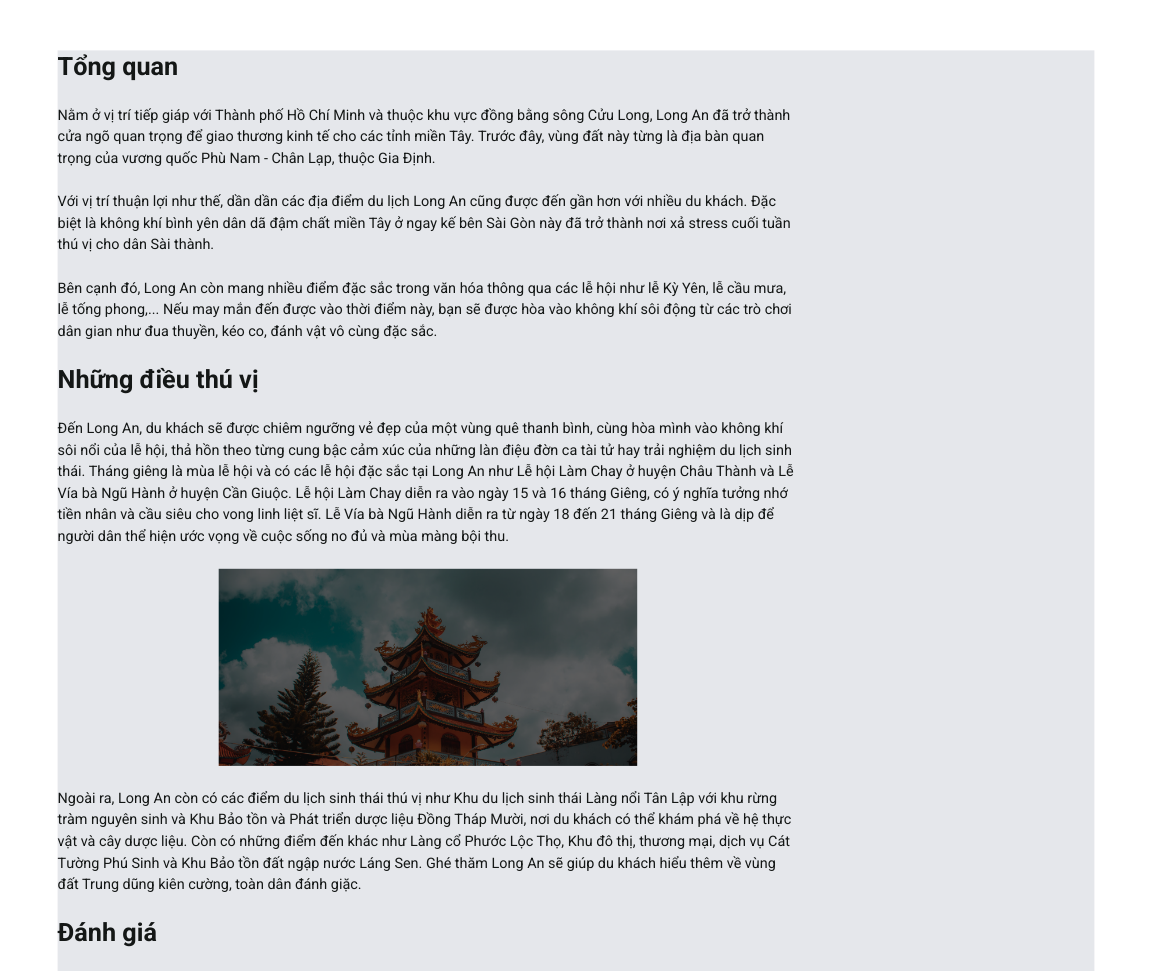
Repository: thduy2003/WDA-ET
Page: / (app in frontend/)
An editor plug-in stored every save of this project. The page is shown before and after the next save, followed by the edit.
The browser window is 1280 px wide. The pictures show the whole page, at 90% of full size.
The project was rebuilt for these pictures with package versions that can differ from the ones it lists, and the page was loaded fresh each time. Also part of the build but not shown: frontend/vite.config.js, frontend/src/components/Icons/SaveIcon.jsx, frontend/src/components/Card/index.jsx, frontend/src/components/Carousel/index.jsx, frontend/src/components/Logo/index.jsx, frontend/src/components/Button/index.jsx, frontend/src/pages/Auth/index.jsx, frontend/src/components/InputGroup/index.jsx and 1 more.

Above is the page before, as saved 2023-05-23 11:21:57.

### frontend/index.html
<!DOCTYPE html>
<html lang="en">
  <head>
    <meta charset="UTF-8" />
    <link rel="icon" type="image/svg+xml" href="/vite.svg" />
    <meta name="viewport" content="width=device-width, initial-scale=1.0" />
    <title>Vite + React</title>
    <link rel="preconnect" href="https://fonts.googleapis.com" />
    <link rel="preconnect" href="https://fonts.gstatic.com" crossorigin />
    <link
      href="https://fonts.googleapis.com/css2?family=Bangers&family=Roboto:ital,wght@0,300;0,400;0,500;0,700;0,900;1,300;1,400;1,500;1,700;1,900&display=swap"
      rel="stylesheet"
    />
  </head>
  <body>
    <div id="root"></div>
    <script type="module" src="/src/main.jsx"></script>
  </body>
</html>

### frontend/src/main.jsx
import React from 'react'
import ReactDOM from 'react-dom/client'
import App from './App.jsx'
import './index.css'
import { BrowserRouter } from 'react-router-dom'
ReactDOM.createRoot(document.getElementById('root')).render(
  <React.StrictMode>
    <BrowserRouter> <App /></BrowserRouter>

  </React.StrictMode>,
)

### frontend/src/App.jsx

import { ArrowCircleRight2, ProfileCircle } from 'iconsax-react';
import React from 'react';

import Card from './components/Card';
import Carousel from './components/Carousel';

import Logo from './components/Logo';
import { CardData } from './data/CardData';
import Auth from './pages/Auth';
import Home from './pages/Home';
import Detail from './pages/Detail';
const App = () => {
  return (
    <div>


      <Detail></Detail>
    </div>
  );
};

export default App;

### frontend/src/index.css
@tailwind base;
@tailwind components;
@tailwind utilities;

:root {
  --primary: "#D02F3D";
  --bg-primary: "#FAFBFC";
  --bg-secondary: "#F1F1F1";
  --bg-third: "#EAEAEA";
  --bg-red: "#FFEEEE";
  --text-primary: "#141716";
  --text-secondary: "#FFFFFF";
  --text-third: "#C2C2C2";
  --sematic-red: "#FF4141";
  --sematic-yellow: "#F0BD0A";
  --sematic-green: "#27AE60";
}
* {
  margin: 0;
  padding: 0;
  box-sizing: border-box;
}
body {
  font-family: "Bangers", cursive;
  font-family: "Roboto", sans-serif;
  height: 100vh;
}
.text-linear {
  background: linear-gradient(90.32deg, #d02f3d 1.37%, #ff5261 97.65%);
  -webkit-background-clip: text;
  -webkit-text-fill-color: transparent;
}
.auth-form label {
  font-weight: 500;
  font-size: 16px;
  line-height: 24px;
  /* identical to box height, or 150% */

  color: #000000;
}
.auth-form input {
  padding: 22px 16px;
  background: #f1f1f1;
  border-radius: 8px;
  outline: none;
}
.select-home {
  width: 302px;
}
.select-home .ant-select-selector {
  height: 64px !important;
  padding: 16px 16px !important;
}
.select-home .ant-select-selection-placeholder {
  color: #888888;
  font-weight: 500;
  font-size: 14px;
  line-height: 20px;
}
@media (max-width: 1455px) {
  .banner-home {
    background-size: unset !important;
  }
}
.ant-popconfirm-description {
  margin-inline-start: unset !important;
}

### frontend/src/data/CardData.jsx
export const CardData = [
    {
        title: 'Hang Sơn Đoòng',
        place: 'Quảng Bình',
        desc: 'Hang Sơn Đoòng là hang động tự nhiên lớn nhất thế giới, được khám phá vào năm 2009 và khai thác du lịch vào 2013. Trong danh sách danh lam thắng cảnh Việt Nam, chúng ta nhất định phải gọi tên Sơn Đoòng Hùng Vĩ.',
        image: '/images/hangsondoong.png'
    },
    {
        title: 'Hang Sơn Đoòng',
        place: 'Quảng Bình',
        desc: 'Hang Sơn Đoòng là hang động tự nhiên lớn nhất thế giới, được khám phá vào năm 2009 và khai thác du lịch vào 2013. Trong danh sách danh lam thắng cảnh Việt Nam, chúng ta nhất định phải gọi tên Sơn Đoòng Hùng Vĩ.',
        image: '/images/hangsondoong.png'
    },
    {
        title: 'Hang Sơn Đoòng',
        place: 'Quảng Bình',
        desc: 'Hang Sơn Đoòng là hang động tự nhiên lớn nhất thế giới, được khám phá vào năm 2009 và khai thác du lịch vào 2013. Trong danh sách danh lam thắng cảnh Việt Nam, chúng ta nhất định phải gọi tên Sơn Đoòng Hùng Vĩ.',
        image: '/images/hangsondoong.png'
    },
    {
        title: 'Hang Sơn Đoòng',
        place: 'Quảng Bình',
        desc: 'Hang Sơn Đoòng là hang động tự nhiên ',
        image: '/images/hangsondoong.png'
    },
    {
        title: 'Hang Sơn ĐoòngCCC',
        place: 'Quảng Bình',
        desc: 'Hang Sơn Đoòng là hang động tự nhiên lớn nhất thế giới, được khám phá vào năm ',
        image: '/images/hangsondoong.png'
    },
    {
        title: 'Hang Sơn ĐoòngCCC',
        place: 'Quảng Bình',
        desc: 'Hang Sơn Đoòng là hang động tự nhiên lớn nhất thế giới, được khám phá vào năm ',
        image: '/images/hangsondoong.png'
    },
    {
        title: 'Hang Sơn ĐoòngCCC',
        place: 'Quảng Bình',
        desc: 'Hang Sơn Đoòng là hang động tự nhiên lớn nhất thế giới, được khám phá vào năm ',
        image: '/images/hangsondoong.png'
    },
    {
        title: 'Hang Sơn ĐoòngCCC',
        place: 'Quảng Bình',
        desc: 'Hang Sơn Đoòng là hang động tự nhiên lớn nhất thế giới, được khám phá vào năm ',
        image: '/images/hangsondoong.png'
    },
    {
        title: 'Hang Sơn ĐoòngXXX',
        place: 'Quảng Bình',
        desc: 'Hang Sơn Đoòng là hang động tự nhiên lớn nhất thế giới, được khám phá vào năm ',
        image: '/images/hangsondoong.png'
    }
]

### frontend/src/pages/Detail/index.jsx
import { Col, Dropdown, Popconfirm, Row, Select } from 'antd';
import { ArrowCircleRight2, Call, Clock, CloseCircle, Location, ProfileCircle, SearchNormal1 } from 'iconsax-react';
import React, { useState } from 'react';
import { Link } from 'react-router-dom';
import Button from '../../components/Button';
import Card from '../../components/Card';
import Carousel from '../../components/Carousel';
import { InputGroup } from '../../components/InputGroup';
import Logo from '../../components/Logo';
import { CardData } from '../../data/CardData';
import { HistoryData } from '../../data/HistoryData';
import { LocationData } from '../../data/LocationData';
import { VillageData } from '../../data/VillageData';
import Banner from '../../../public/images/banner.png'
import Comment from './Comment/Comment';
const Detail = ({position = "Long An"}) => {
    return (
        // container
        <div className="flex align-center justify-center">
            <div className="flex bg-gray-200 w-[90%] mt-14">
                {/* Main */}
                <div className="w-[75%]">
                    <div>
                        <div className="text-[28px] leading-[36px] text-[#141716] font-semibold mb-6">  Tổng quan </div>
                        <div className="text-[16px] leading-[24px] text-[#141716] mb-6 flex flex-col gap-6">
                            <div>
                                Nằm ở vị trí tiếp giáp với Thành phố Hồ Chí Minh và thuộc khu vực đồng bằng sông Cửu Long, Long An đã trở thành cửa ngõ quan trọng để giao thương kinh tế cho các tỉnh miền Tây. Trước đây, vùng đất này từng là địa bàn quan trọng của vương quốc Phù Nam - Chân Lạp, thuộc Gia Định.
                            </div>
                            <div>
                                Với vị trí thuận lợi như thế, dần dần các địa điểm du lịch Long An cũng được đến gần hơn với nhiều du khách. Đặc biệt là không khí bình yên dân dã đậm chất miền Tây ở ngay kế bên Sài Gòn này đã trở thành nơi xả stress cuối tuần thú vị cho dân Sài thành.
                            </div>
                            <div>
                                Bên cạnh đó, Long An còn mang nhiều điểm đặc sắc trong văn hóa thông qua các lễ hội như lễ Kỳ Yên, lễ cầu mưa, lễ tống phong,... Nếu may mắn đến được vào thời điểm này, bạn sẽ được hòa vào không khí sôi động từ các trò chơi dân gian như đua thuyền, kéo co, đánh vật vô cùng đặc sắc.
                            </div>
                        </div>
                    </div>
                    <div>
                        <div className="text-[28px] leading-[36px] text-[#141716] font-semibold mb-6">  Những điều thú vị </div>
                        <div className="text-[16px] leading-[24px] text-[#141716] mb-6 flex flex-col gap-6">
                            <div>
                                Đến Long An, du khách sẽ được chiêm ngưỡng vẻ đẹp của một vùng quê thanh bình, cùng hòa mình vào không khí sôi nổi của lễ hội, thả hồn theo từng cung bậc cảm xúc của những làn điệu đờn ca tài tử hay trải nghiệm du lịch sinh thái. Tháng giêng là mùa lễ hội và có các lễ hội đặc sắc tại Long An như Lễ hội Làm Chay ở huyện Châu Thành và Lễ Vía bà Ngũ Hành ở huyện Cần Giuộc. Lễ hội Làm Chay diễn ra vào ngày 15 và 16 tháng Giêng, có ý nghĩa tưởng nhớ tiền nhân và cầu siêu cho vong linh liệt sĩ. Lễ Vía bà Ngũ Hành diễn ra từ ngày 18 đến 21 tháng Giêng và là dịp để người dân thể hiện ước vọng về cuộc sống no đủ và mùa màng bội thu.
                            </div>
                            <div className="flex align-center justify-center ">
                                <div className="w-[465px] ">
                                    <img src={Banner} className="w-full h-full object-cover"></img>
                                </div>
                            </div>
                            <div>
                                Ngoài ra, Long An còn có các điểm du lịch sinh thái thú vị như Khu du lịch sinh thái Làng nổi Tân Lập với khu rừng tràm nguyên sinh và Khu Bảo tồn và Phát triển dược liệu Đồng Tháp Mười, nơi du khách có thể khám phá về hệ thực vật và cây dược liệu. Còn có những điểm đến khác như Làng cổ Phước Lộc Thọ, Khu đô thị, thương mại, dịch vụ Cát Tường Phú Sinh và Khu Bảo tồn đất ngập nước Láng Sen. Ghé thăm Long An sẽ giúp du khách hiểu thêm về vùng đất Trung dũng kiên cường, toàn dân đánh giặc.
                            </div>
                        </div>
                    </div>
                    <div>
                        <div className="text-[28px] leading-[36px] text-[#141716] font-semibold mb-6">  Đánh giá </div>
                        <Comment pos = {position}>
                        </Comment>
                    </div>
                </div>
                {/* Sidebar */}
                <div className="w-[30%]">

                </div>
            </div>
        </div>
    );
};

export default Detail;

### frontend/src/data/HistoryData.jsx
export const HistoryData = [
    {
        title: 'Tam Cốc - Bái Đính - Tràng An',
        place: 'Quảng Bình',
        desc: 'Tam Cốc – Bái Đính – Tràng An là quần thể danh lam thắng cảnh Việt Nam nổi tiếng tại Ninh Bình. Đây là vùng đất lý tưởng của các loài động, thực vật quý hiếm trong sách đỏ Việt Nam bởi điều kiện tự nhiên vô cùng phong phú, đa dạng.',
        image: '/images/tamcoc.png'
    },
    {
        title: 'Tam Cốc - Bái Đính - Tràng An',
        place: 'Quảng Bình',
        desc: 'Tam Cốc - Bái Đính - Tràng An là hang động tự nhiên lớn nhất thế giới, được khám phá vào năm 2009 và khai thác du lịch vào 2013. Trong danh sách danh lam thắng cảnh Việt Nam, chúng ta nhất định phải gọi tên Sơn Đoòng Hùng Vĩ.',
        image: '/images/tamcoc.png'
    },
    {
        title: 'Tam Cốc - Bái Đính - Tràng An',
        place: 'Ninh Bình',
        desc: 'Tam Cốc – Bái Đính – Tràng An là quần thể danh lam thắng cảnh Việt Nam nổi tiếng tại Ninh Bình. Đây là vùng đất lý tưởng của các loài động, thực vật quý hiếm trong sách đỏ Việt Nam bởi điều kiện tự nhiên vô cùng phong phú, đa dạng.',
        image: '/images/tamcoc.png'
    },
    {
        title: 'Tam Cốc - Bái Đính - Tràng An',
        place: 'Quảng Bình',
        desc: 'Tam Cốc - Bái Đính - Tràng An là hang động tự nhiên ',
        image: '/images/tamcoc.png'
    },
    {
        title: 'Tam Cốc - Bái Đính - Tràng AnCCC',
        place: 'Quảng Bình',
        desc: 'Tam Cốc - Bái Đính - Tràng An là hang động tự nhiên lớn nhất thế giới, được khám phá vào năm ',
        image: '/images/tamcoc.png'
    },
    {
        title: 'Tam Cốc - Bái Đính - Tràng AnCCC',
        place: 'Quảng Bình',
        desc: 'Tam Cốc - Bái Đính - Tràng An là hang động tự nhiên lớn nhất thế giới, được khám phá vào năm ',
        image: '/images/tamcoc.png'
    },
    {
        title: 'Tam Cốc - Bái Đính - Tràng AnCCC',
        place: 'Quảng Bình',
        desc: 'Tam Cốc - Bái Đính - Tràng An là hang động tự nhiên lớn nhất thế giới, được khám phá vào năm ',
        image: '/images/tamcoc.png'
    },
    {
        title: 'Tam Cốc - Bái Đính - Tràng AnCCC',
        place: 'Quảng Bình',
        desc: 'Tam Cốc - Bái Đính - Tràng An là hang động tự nhiên lớn nhất thế giới, được khám phá vào năm ',
        image: '/images/tamcoc.png'
    }
]

### frontend/src/data/LocationData.jsx
export const LocationData = [
    {
        image: '/images/vinhhalong.png',
        location: 'Vịnh Hạ Long'
    },
    {
        image: '/images/cauvang.png',
        location: 'Cầu vàng Đà Nẵng'
    },
    {
        image: '/images/mucangchai.png',
        location: 'Mù Cang Chải'
    },
    {
        image: '/images/trangan.png',
        location: 'Tràng An'
    },
    {
        image: '/images/trangan.png',
        location: 'Tràng An'
    },
    {
        image: '/images/trangan.png',
        location: 'Tràng An'
    }
]

### frontend/src/data/VillageData.jsx
export const VillageData = [
    {
        title: 'Cao nguyên đá Đồng Văn',
        place: 'Quảng Bình',
        desc: 'Vườn quốc gia Phong Nha Kẻ Bàng là danh lam thắng cảnh Việt Nam được Unesco công nhận với danh hiệu Di sản văn hóa thiên nhiên thế giới.',
        image: '/images/phongnha.png'
    },
    {
        title: 'Cao nguyên đá Đồng Văn',
        place: 'Quảng Bình',
        desc: 'Vườn quốc gia Phong Nha Kẻ Bàng là danh lam thắng cảnh Việt Nam được Unesco công nhận với danh hiệu Di sản văn hóa thiên nhiên thế giới.',
        image: '/images/phongnha.png'
    },
    {
        title: 'Cao nguyên đá Đồng Văn',
        place: 'Ninh Bình',
        desc: 'Tam Cốc – Bái Đính – Tràng An là quần thể danh lam thắng cảnh Việt Nam nổi tiếng tại Ninh Bình. Đây là vùng đất lý tưởng của các loài động, thực vật quý hiếm trong sách đỏ Việt Nam bởi điều kiện tự nhiên vô cùng phong phú, đa dạng.',
        image: '/images/phongnha.png'
    },
    {
        title: 'Cao nguyên đá Đồng Văn',
        place: 'Quảng Bình',
        desc: 'Cao nguyên đá Đồng Văn là hang động tự nhiên ',
        image: '/images/phongnha.png'
    },
    {
        title: 'Cao nguyên đá Đồng VănCCC',
        place: 'Quảng Bình',
        desc: 'Tam Cốc - Bái Đính - Tràng An là hang động tự nhiên lớn nhất thế giới, được khám phá vào năm ',
        image: '/images/phongnha.png'
    }
]

### frontend/src/pages/Detail/Comment/Comment.jsx
import React from 'react';
import { CommentData } from '../../../data/CommentData';
import StarRating from '../StarRating/StarRating';
const Comment = ({pos}) => {
    let CommentDataList = CommentData
    console.log (CommentDataList)
    return (
        <div>
            <StarRating></StarRating>

        </div>
    );
};

export default Comment;

### frontend/src/data/CommentData.jsx
export const CommentData = [
    {
        name:"Long Võ",
        content:"Long An là một trong những nơi rất tuyệt vời, chắc chắn tồi còn đến nữa",
        start:5,
        general:"Rất đáng tới tham quan",
        date:"20/05/2023"
    },
    {
        name:"Hùng Hưng",
        content:"Tôi nghĩ Long An cũng là một địa điểm đáng tới",
        start:4,
        general:"Phù hợp tới tham quan",
        date:"20/05/2023"
    },
    {
        name:"Vũ Hoàng Sơn",
        content:"Tôi nghĩ Long An không thú vị lắm",
        start:3,
        general:"Tạm ổn",
        date:"20/05/2023"
    },
    {
        name:"Hồ Hoàng Yến",
        content:"Tôi không thích Long An",
        start:2,
        general:"Không phù hợp tới tham quan",
        date:"20/05/2023"
    },
    {
        name:"Hoàng Bảo",
        content:"Tôi sẽ không bao giờ quay lại Long An",
        start:1,
        general:"Rất không phù hợp tới tham quan",
        date:"20/05/2023"
    },
    {
        name:"Long Võ",
        content:"Long An là một trong những nơi rất tuyệt vời, chắc chắn tồi còn đến nữa",
        start:4,
        general:"Rất đáng tới tham quan",
        date:"20/05/2023"
    },
    {
        name:"Long Võ",
        content:"Long An là một trong những nơi rất tuyệt vời, chắc chắn tồi còn đến nữa",
        start:4,
        general:"Rất đáng tới tham quan",
        date:"20/05/2023"
    },
    {
        name:"Long Võ",
        content:"Long An là một trong những nơi rất tuyệt vời, chắc chắn tồi còn đến nữa",
        start:4,
        general:"Rất đáng tới tham quan",
        date:"20/05/2023"
    },
    {
        name:"Long Võ",
        content:"Long An là một trong những nơi rất tuyệt vời, chắc chắn tồi còn đến nữa",
        start:4,
        general:"Rất đáng tới tham quan",
        date:"20/05/2023"
    },
    {
        name:"Long Võ",
        content:"Long An là một trong những nơi rất tuyệt vời, chắc chắn tồi còn đến nữa",
        start:4,
        general:"Rất đáng tới tham quan",
        date:"20/05/2023"
    },

]

### frontend/src/pages/Detail/StarRating/StarRating.jsx
import React from 'react';

const StarRating = () => {
    return (
        <div>

        </div>
    );
};

export default StarRating;

### frontend/tailwind.config.js
/** @type {import('tailwindcss').Config} */
export default {
  content: [
    "./index.html",
    "./src/**/*.{js,ts,jsx,tsx}",
  ],
  theme: {
    extend: {
      colors: {
        p1: "#D02F3D"
      },
      textColor: {
        primary: "#141716",
        secondary: "#FFFFFF",
        third: "#C2C2C2"
      },
      backgroundColor: {
        primary: "#FAFBFC",
        secondary: '#F1F1F1',
        third: "#EAEAEA",
        red: '#FFEEEE'
      }
    },
  },
  plugins: [],
}

After the next save:
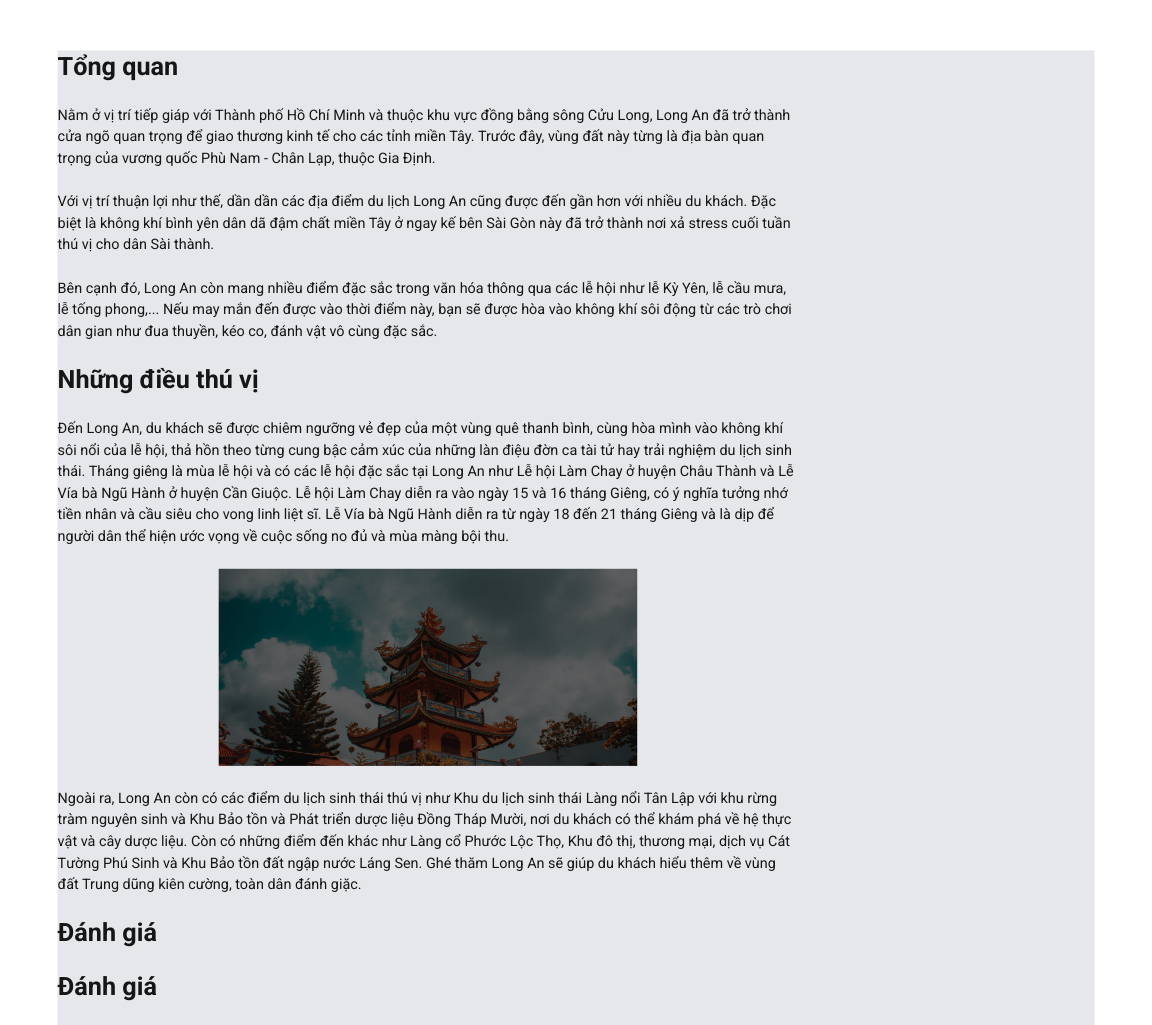
Saved 25 s later.
--- a/frontend/src/pages/Detail/StarRating/StarRating.jsx
+++ b/frontend/src/pages/Detail/StarRating/StarRating.jsx
@@ -3,7 +3,7 @@ import React from 'react';
 const StarRating = () => {
     return (
         <div>
-
+           <div className="text-[28px] leading-[36px] text-[#141716] font-semibold mb-6">  Đánh giá </div>
         </div>
     );
 };
